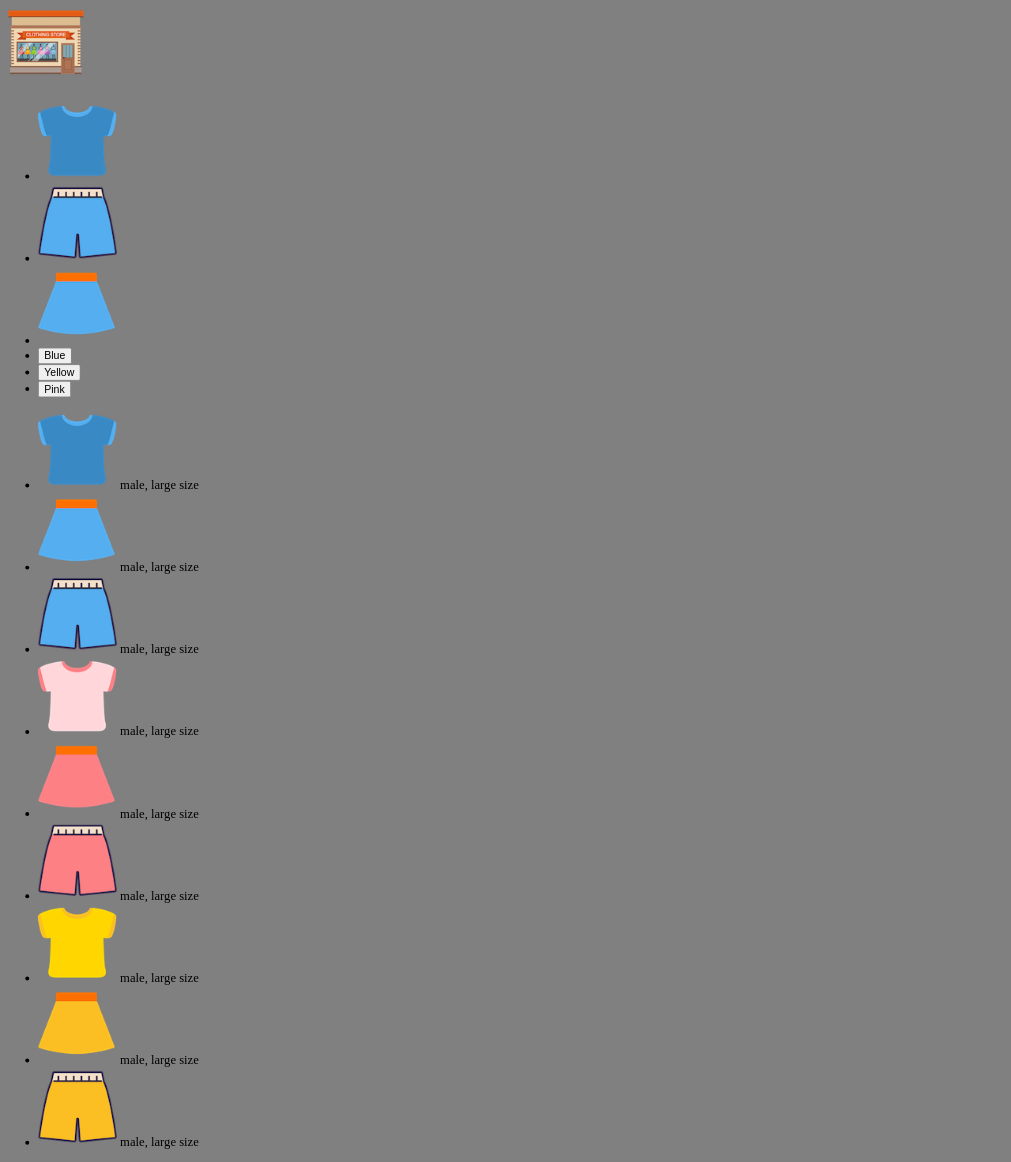
Repository: keehoonjung/Shoppingmall-Game
Page: index.html
An editor plug-in stored every save of this project. The page is shown before and after the next save, followed by the edit.
The browser window is 1280 px wide. The pictures show the whole page, at 79% of full size.

Above is the page before, as saved 2021-08-12 13:23:19.

### index.html
<!DOCTYPE html>
<html lang="en">
<head>
    <meta charset="UTF-8">
    <meta http-equiv="X-UA-Compatible" content="IE=edge">
    <meta name="viewport" content="width=device-width, initial-scale=1.0">
    <title>Shoppingamll Game</title>
    <link rel="stylesheet" href="style.css">
    <script src="main.js" defer></script>
</head>
<body>
    <header>
        <img src="./imgs/logo.png" alt="header" class="header__logo">
    </header>
    <ul class="filter">
        <li>
            <img src="./imgs/blue_t.png" alt="shirt" class="shirt">
        </li>
        <li>
            <img src="./imgs/blue_p.png" alt="pants" class="pants">
        </li>
        <li>
            <img src="./imgs/blue_s.png" alt="" class="skirts">
        </li>
        <li>
            <button class="blue">
                Blue
            </button>
        </li>
        <li>
            <button class="yellow">
                Yellow
            </button>
        </li>
        <li>
            <button class="pink">
                Pink
            </button>
        </li>
    </ul>
    <ul class="items">
        <li class="item">
            <img src="./imgs/blue_t.png" alt="blueshirt">
            <span>male, large size</span>
        </li>
        <li class="item">
            <img src="./imgs/blue_s.png" alt="blueshirt">
            <span>male, large size</span>
        </li>
        <li class="item">
            <img src="./imgs/blue_p.png" alt="blueshirt">
            <span>male, large size</span>
        </li>
        <li class="item">
            <img src="./imgs/pink_t.png" alt="blueshirt">
            <span>male, large size</span>
        </li>
        <li class="item">
            <img src="./imgs/pink_s.png" alt="blueshirt">
            <span>male, large size</span>
        </li>
        <li class="item">
            <img src="./imgs/pink_p.png" alt="blueshirt">
            <span>male, large size</span>
        </li>
        <li class="item">
            <img src="./imgs/yellow_t.png" alt="blueshirt">
            <span>male, large size</span>
        </li>
        <li class="item">
            <img src="./imgs/yellow_s.png" alt="blueshirt">
            <span>male, large size</span>
        </li>
        <li class="item">
            <img src="./imgs/yellow_p.png" alt="blueshirt">
            <span>male, large size</span>
        </li>
    </ul>
</body>
</html>

### style.css
* {
  box-sizing: border-box;
}

body {
  background-color: grey;
}

Loaded but not shown: main.js (no copy from this time; the picture is the same without it)

After the next save:
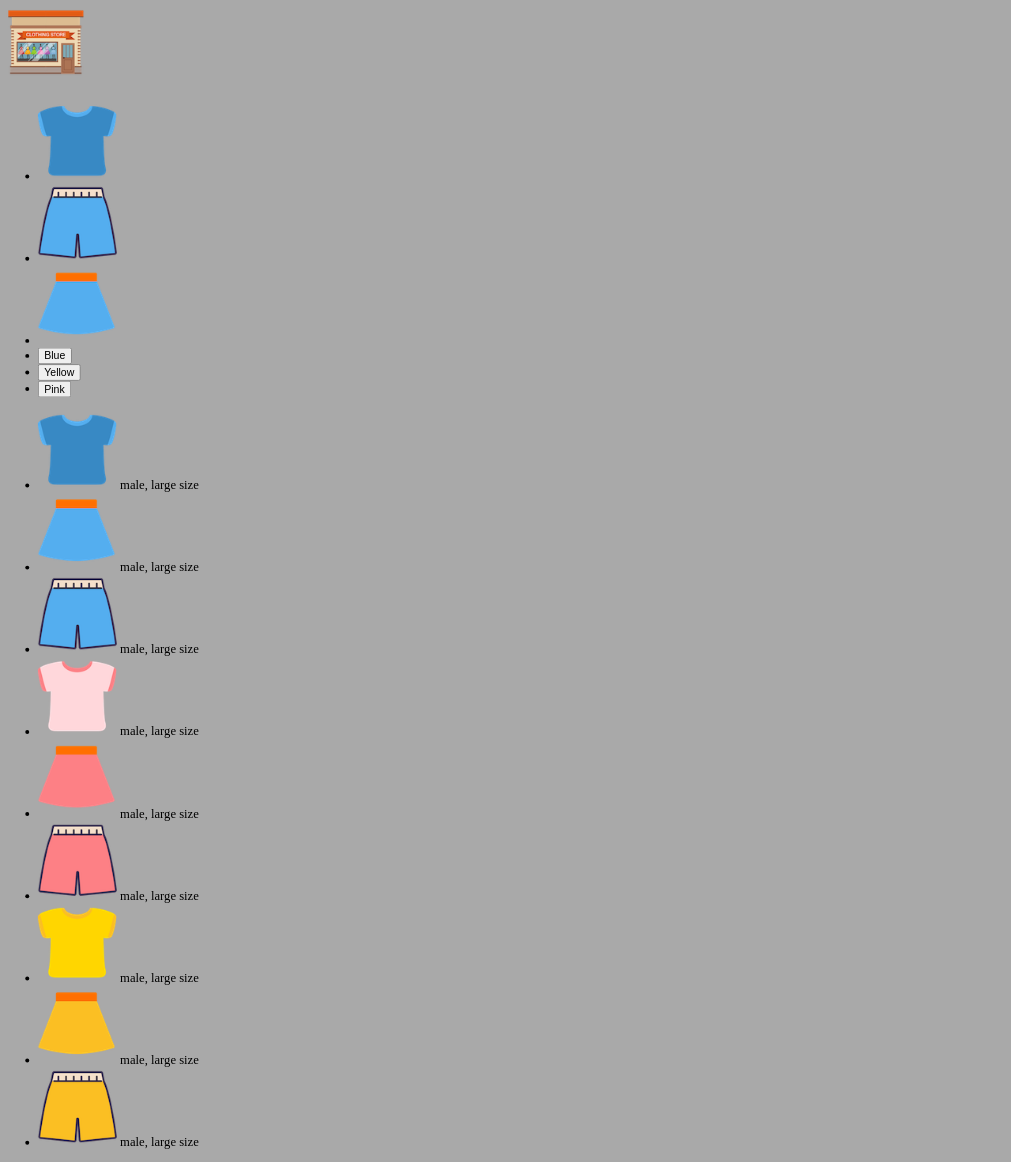
Saved 10 s later.
--- a/style.css
+++ b/style.css
@@ -3,5 +3,5 @@
 }
 
 body {
-  background-color: grey;
+  background-color: darkgray;
 }
